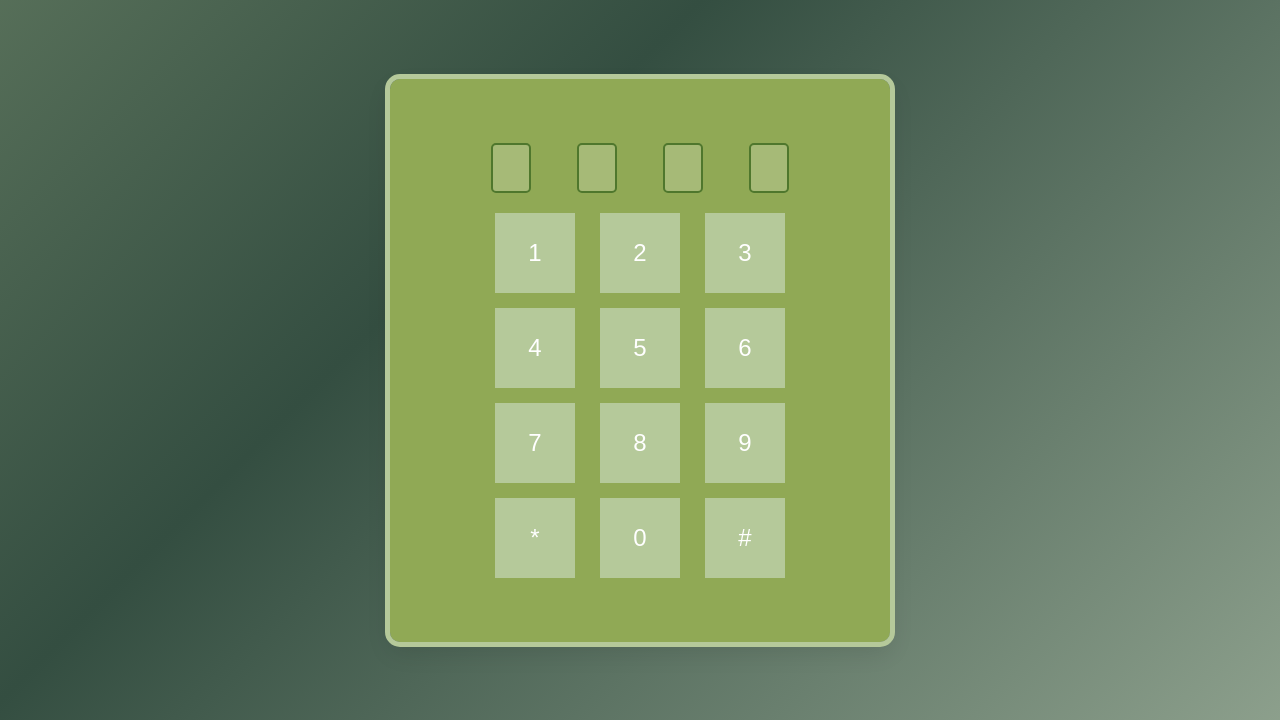
Repository: jahatesu/project-cutie
Page: index.html
These files come from the project's save history. The page is drawn as it stood at one moment and after the next save; the edit follows.
The browser window is 1280 px wide. The pictures show the whole page.
Some web libraries are served in a nearby version.

Above is the page before, as saved 2025-08-14 21:19:07.
Console error: TypeError: Cannot read properties of null (reading 'getBoundingClientRect')

After the next save:
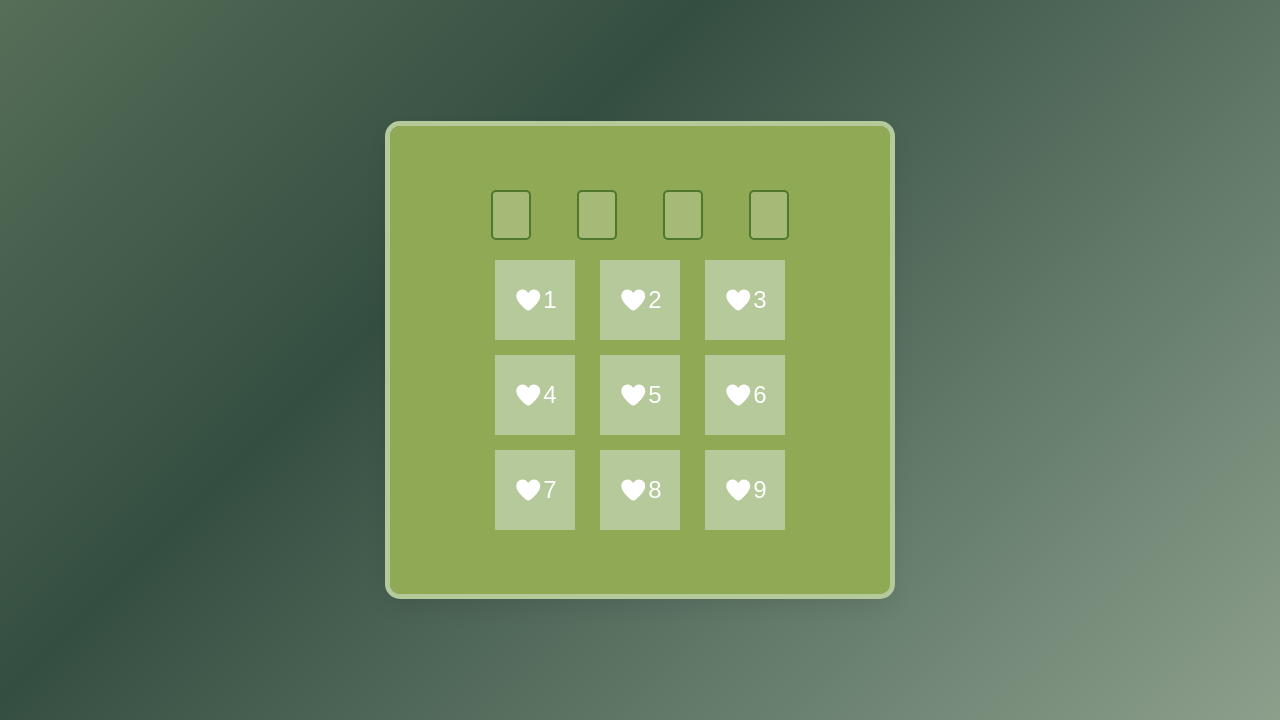
Saved 64 s later.
--- a/index.html
+++ b/index.html
@@ -28,19 +28,16 @@
 
          <!-- HEART BUTTONS -->
          <div class="heart-pad">
-            <button data-num = "1">1</button>
-          <button data-num = "2">2</button>
-          <button data-num = "3">3</button>
-          <button data-num = "4">4</button>
-          <button data-num = "5">5</button>
-          <button data-num = "6">6</button>
-          <button data-num = "7">7</button>
-          <button data-num = "8">8</button>
-          <button data-num = "9">9</button>
-          <button data-num = "*">*</button>
-          <button data-num = "0">0</button>
-          <button data-num = "#">#</button>
-         </div>
+  <button data-num="1"><i class="fa-solid fa-heart"></i>1</button>
+  <button data-num="2"><i class="fa-solid fa-heart"></i>2</button>
+  <button data-num="3"><i class="fa-solid fa-heart"></i>3</button>
+  <button data-num="4"><i class="fa-solid fa-heart"></i>4</button>
+  <button data-num="5"><i class="fa-solid fa-heart"></i>5</button>
+  <button data-num="6"><i class="fa-solid fa-heart"></i>6</button>
+  <button data-num="7"><i class="fa-solid fa-heart"></i>7</button>
+  <button data-num="8"><i class="fa-solid fa-heart"></i>8</button>
+  <button data-num="9"><i class="fa-solid fa-heart"></i>9</button>
+</div>
     </div>
 
     <script src="script.js"></script>
